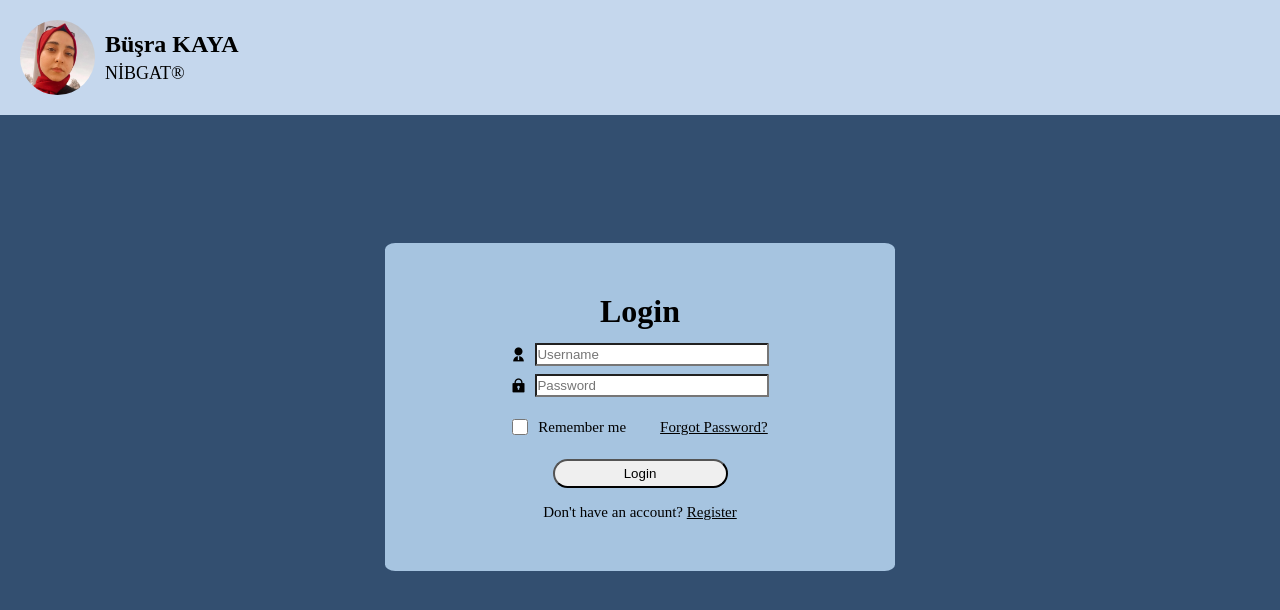
Repository: busra-kayaa/LoginPage
Page: login.html
The author's editor kept a copy of each file at every save. The page is drawn from the files as they stood at one save, then again after the next save.
The browser window is 1280 px wide. The pictures show the whole page.

Above is the page before, as saved 2024-01-05 18:30:42.

### login.html
<!DOCTYPE html>
<html>
    <head>
        <meta name="author" content="Büşra Kaya"/>
        <title>Login Page</title>
        <link
            rel="stylesheet"
            href="./style.css"
            type="text/css"
        />
        <link
            rel="stylesheet"
            href="https://cdnjs.cloudflare.com/ajax/libs/remixicon/3.5.0/remixicon.css"
            crossorigin=""
        />  <!--Remixicon ikon kitaplığını bağlamak için bir stil dosyasını içerir.-->

    </head>
    <body>
        <div class="header-container">
            <div
                class="header-left-side-container"
            >
                <img
                    src="./busra.jpg"
                    height="75px"
                    width="75px"
                    class="logo"
                />
                <div class="header-desc-container">
                    <span class="header-title">
                        Büşra KAYA
                    </span>
                    <span class="header-content">
                        NİBGAT®
                    </span>
                </div>
            </div>
        </div>
        <div class="login-from-container">
            <div class ="login-text"><h1>Login</h1></div>
            <div class="input-group1">
                <i class="ri-user-2-fill"></i>
                <input
                    type="text"
                    placeholder="Username"
                    class="input-text"
                    autocomplete="off"
                />
            </div>
            <div class="input-group2">
                <i class="ri-lock-2-fill"></i>
                <input
                    type="password"
                    placeholder="Password"
                    class="input-text"
                    autocomplete="off"
                />
            </div>
            <div class="login__check">
                <div class="login__check-box">
                   <input type="checkbox" class="login__check-input" id="user-check">
                   <label for="user-check" class="login__check-label">Remember me</label>
                </div>

                <a href="#" target="_blank" class="login__forgot">Forgot Password?</a>
             </div>

             <button onclick="alert('Başarıyla Giriş Yaptınız.')" type="submit" class="login__button">Login</button>

             <div class="login__register">
                Don't have an account? <a href="#"  target="_blank">Register</a>
             </div>
        </div>
    </body>
</html>

### style.css

* {
    padding: 0;
    margin: 0;
}

body {
    background-color: #334F70;
}

.header-container {
    justify-content: space-between;
    background-color: #C5D7ED;
    flex-direction: row;
    align-items: center;
    padding: 20px;
    display: flex;
    margin-bottom: 10%;
}
.header-left-side-container {
    flex-direction: row;
    align-items: center;
    display: flex;
}

.logo {
    border-radius: 50%;
    margin-right: 10px;
}

.header-desc-container {
    display: flex;
    flex-direction: column;
}

.header-title {
    display: flex;
    flex-direction:column;
    font-weight: bold;
    font-size: 24px;
    margin-bottom: 5px;
}

.header-content {
    font-weight:normal;
    font-size: 18px;
    color:rgb(0, 0, 0);
}

.login-from-container {
    background-color: #A6C4E0;
    display: flex;
    border-radius: 2%;
    flex-direction: column;
    align-items: center;
    text-align: center;
    margin: auto;
    width: 32%;
    padding: 50px;
}

.login-text {
    padding-bottom: 15px;
}

.input-group1 {
    display: grid;
    grid-template-columns: 1fr max-content;
    column-gap: .55rem;
    align-items: center;
    margin-bottom: 3%;
}

.input-group1 i {
    font-size: 100 200 px;
}

.input-group2 {
    display: grid;
    grid-template-columns: 1fr max-content;
    column-gap: .55rem;
    align-items: center;

}

.input-group2 i {
    font-size: 100 200 px;
}
.input-text {
    display: flex;
    flex-direction: column;
    width: 230px;
    height: 100%;
    border-radius: 1%;
}

.login__check,
.login__check-box {
    display: flex;
    justify-content: space-between;
    align-items: center;
}

.login__check {
    font-size: 15px;
    margin-top: 1rem;
    margin-bottom: 1rem;
    gap: 34px;
}

.login__check-box {
    column-gap: 10px;
}

.login__check-input {
    width: 1rem;
    height: 2rem;
}

.login__forgot {
    color: black;
}

.login__forgot:hover {
    text-decoration: underline;
}

.login__button {
    width: 175px;
    padding: 5px;
    margin-bottom: 1rem;
    border-radius: 4rem;
    color: var(--black-color);
    font-weight: 500;
}

.login__button:hover {
    background-color: var(--highlight-color);
    color: var(--white-color);
}

.login__button:hover{
    opacity: 0.75;
    cursor: pointer;
}

.login__button:active{
    transform: translateY(2px);
}

.login__register {
    font-size: 15px;
    text-align: center;
}

.login__register a {
    color: var(--white-color);
    font-weight: 500;
}

.login__register a:hover {
    text-decoration: underline;
}

After the next save:
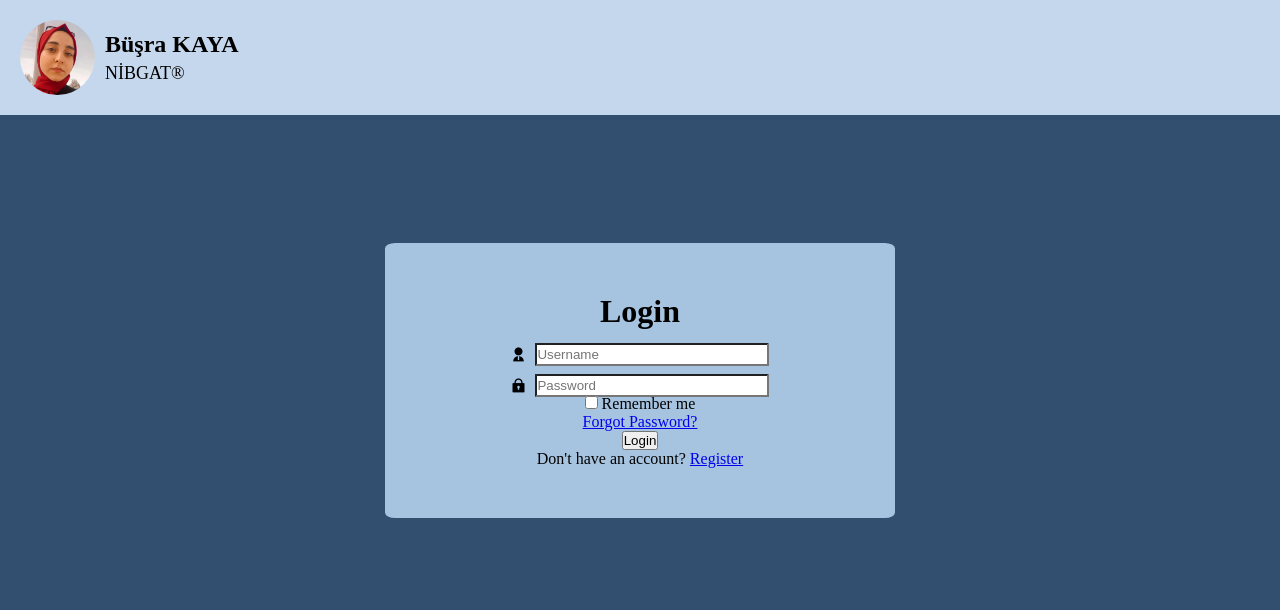
Saved 3 min 54 s later.
--- a/login.html
+++ b/login.html
@@ -56,18 +56,18 @@
                     autocomplete="off"
                 />
             </div>
-            <div class="login__check">
-                <div class="login__check-box">
-                   <input type="checkbox" class="login__check-input" id="user-check">
-                   <label for="user-check" class="login__check-label">Remember me</label>
+            <div class="login-check">
+                <div class="login-check-box">
+                   <input type="checkbox" class="login-check-input" id="user-check">
+                   <label for="user-check" class="login-check-label">Remember me</label>
                 </div>
 
-                <a href="#" target="_blank" class="login__forgot">Forgot Password?</a>
+                <a href="#" target="_blank" class="login-forgot">Forgot Password?</a>
              </div>
 
-             <button onclick="alert('Başarıyla Giriş Yaptınız.')" type="submit" class="login__button">Login</button>
+             <button onclick="alert('Başarıyla Giriş Yaptınız.')" type="submit" class="login-button">Login</button>
 
-             <div class="login__register">
+             <div class="login-register">
                 Don't have an account? <a href="#"  target="_blank">Register</a>
              </div>
         </div>

After the save that followed:
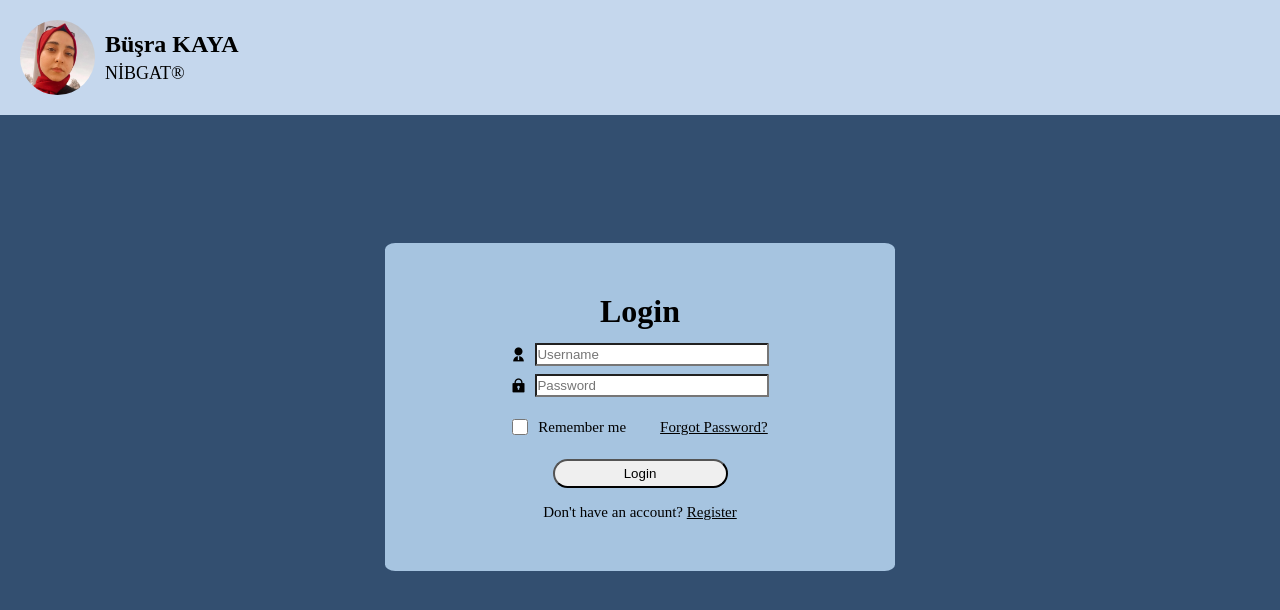
Saved 57 s later.
--- a/style.css
+++ b/style.css
@@ -94,38 +94,38 @@ body {
     border-radius: 1%;
 }
 
-.login__check,
-.login__check-box {
+.login-check,
+.login-check-box {
     display: flex;
     justify-content: space-between;
     align-items: center;
 }
 
-.login__check {
+.login-check {
     font-size: 15px;
     margin-top: 1rem;
     margin-bottom: 1rem;
     gap: 34px;
 }
 
-.login__check-box {
+.login-check-box {
     column-gap: 10px;
 }
 
-.login__check-input {
+.login-check-input {
     width: 1rem;
     height: 2rem;
 }
 
-.login__forgot {
+.login-forgot {
     color: black;
 }
 
-.login__forgot:hover {
+.login-forgot:hover {
     text-decoration: underline;
 }
 
-.login__button {
+.login-button {
     width: 175px;
     padding: 5px;
     margin-bottom: 1rem;
@@ -134,30 +134,30 @@ body {
     font-weight: 500;
 }
 
-.login__button:hover {
+.login-button:hover {
     background-color: var(--highlight-color);
     color: var(--white-color);
 }
 
-.login__button:hover{
+.login-button:hover{
     opacity: 0.75;
     cursor: pointer;
 }
 
-.login__button:active{
+.login-button:active{
     transform: translateY(2px);
 }
 
-.login__register {
+.login-register {
     font-size: 15px;
     text-align: center;
 }
 
-.login__register a {
+.login-register a {
     color: var(--white-color);
     font-weight: 500;
 }
 
-.login__register a:hover {
+.login-register a:hover {
     text-decoration: underline;
 }
